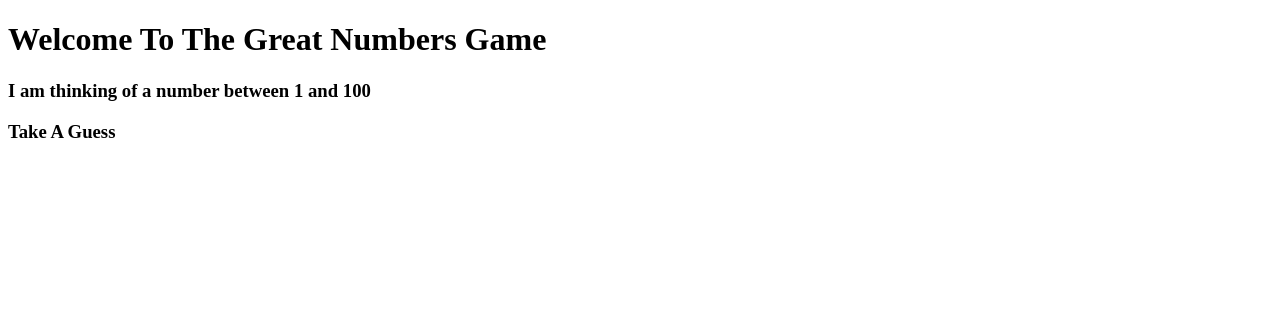
Repository: a-rydzak/Java
Page: http://localhost/GNumbers/Home
The author's editor kept a copy of each file at every save. The page is drawn from the files as they stood at one save, then again after the next save.
The browser window is 1280 px wide. The pictures show the whole page.
The page is served by Tomcat 9. Other server files are loaded and not shown.

Above is the page before, as saved 2019-07-15 12:00:52.

### Java MVC/Great Number Game/GNumbers/WebContent/WEB-INF/views/Home.jsp
<%@ page language="java" contentType="text/html; charset=ISO-8859-1"
    pageEncoding="ISO-8859-1"%>
<!DOCTYPE html>
<html>
<head>
<meta charset="ISO-8859-1">
<title>Great Number Game</title>
</head>
<body>

	<div id="container">
		<h1>Welcome To The Great Numbers Game</h1>
		<h3>I am thinking of a number between 1 and 100</h3>
		<h3>Take A Guess</h3>
	</div>

</body>
</html>

### Java MVC/Great Number Game/GNumbers/src/com/andrew/rydzak/web/controllers/Home.java
package com.andrew.rydzak.web.controllers;

import java.io.IOException;

import javax.servlet.RequestDispatcher;
import javax.servlet.ServletException;
import javax.servlet.annotation.WebServlet;
import javax.servlet.http.HttpServlet;
import javax.servlet.http.HttpServletRequest;
import javax.servlet.http.HttpServletResponse;

/**
 * Servlet implementation class Home
 */
@WebServlet("/Home")
public class Home extends HttpServlet {
	private static final long serialVersionUID = 1L;

    /**
     * @see HttpServlet#HttpServlet()
     */
    public Home() {
        super();
        // TODO Auto-generated constructor stub
    }

	/**
	 * @see HttpServlet#doGet(HttpServletRequest request, HttpServletResponse response)
	 */
	protected void doGet(HttpServletRequest request, HttpServletResponse response) throws ServletException, IOException {
        RequestDispatcher view = request.getRequestDispatcher("/WEB-INF/views/Home.jsp");
        view.forward(request, response);
	}

	/**
	 * @see HttpServlet#doPost(HttpServletRequest request, HttpServletResponse response)
	 */
	protected void doPost(HttpServletRequest request, HttpServletResponse response) throws ServletException, IOException {
		// TODO Auto-generated method stub
		doGet(request, response);
	}

}

After the next save:
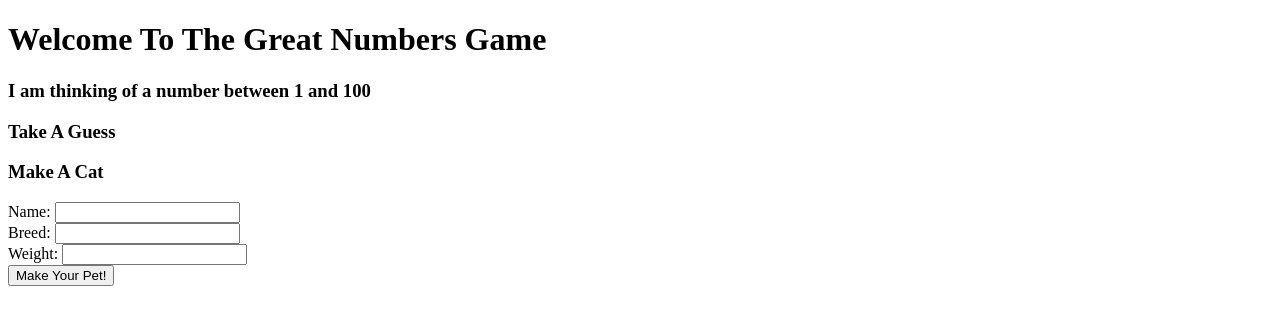
Saved 41 s later.
--- a/Java MVC/Great Number Game/GNumbers/WebContent/WEB-INF/views/Home.jsp
+++ b/Java MVC/Great Number Game/GNumbers/WebContent/WEB-INF/views/Home.jsp
@@ -12,6 +12,19 @@
 		<h1>Welcome To The Great Numbers Game</h1>
 		<h3>I am thinking of a number between 1 and 100</h3>
 		<h3>Take A Guess</h3>
+
+		<div class="submitForm">
+			<h3>Make A Cat</h3>
+		      <form name="catsForm" method="post" action="Cats">
+		         Name: <input type = "text" name = "name">
+		         <br />
+		         Breed: <input type = "text" name = "breed" >
+		         <br />
+		         Weight: <input type="number" name="weight">
+		         <br />
+		         <input type = "submit" value = "Make Your Pet!" />
+		      </form>
+		</div>
 	</div>
 
 </body>
